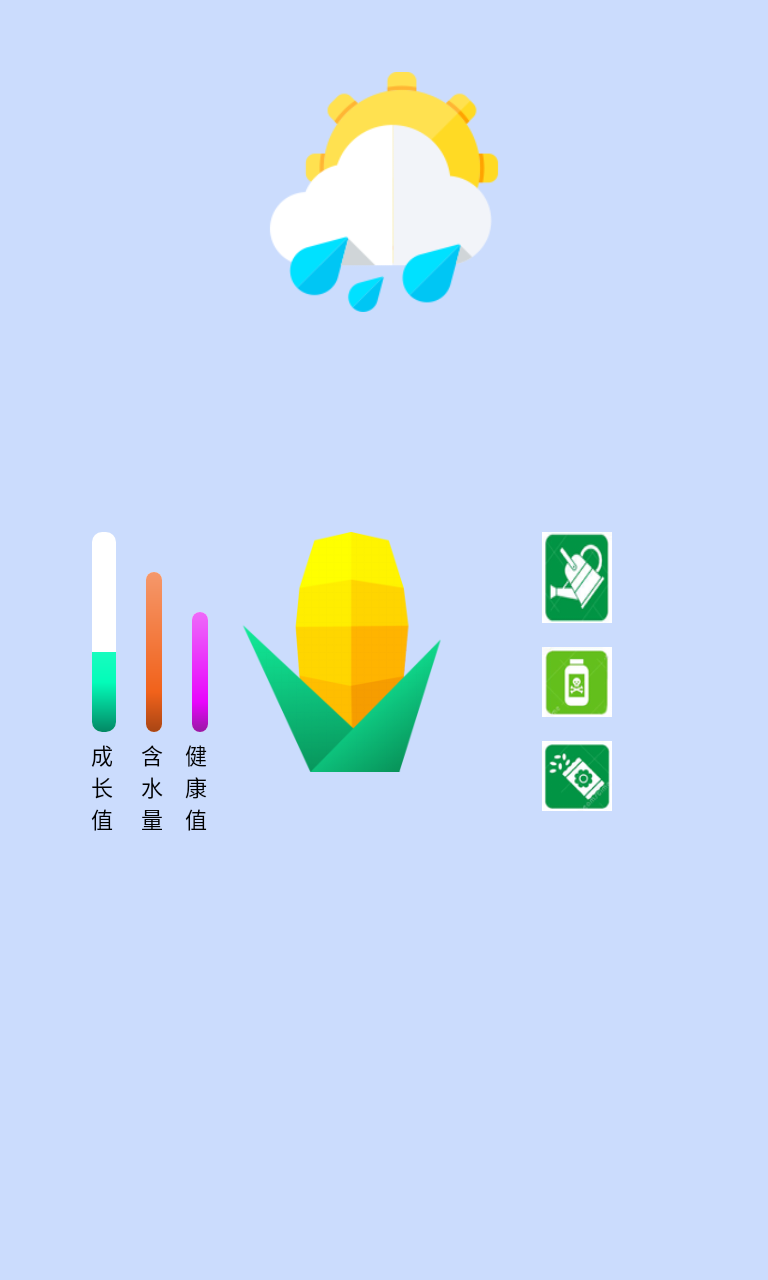
Repository: DraceWang/YumiTianqi
Layout: YumiTianqi/res/layout/fragment_main.xml
An editor plug-in stored every save of this project. The layout is shown before and after the next save, followed by the edit.
It is drawn on a 768 x 1280 px phone screen (xhdpi) without system bars, with theme AppTheme; the app's code is not run. Lists and similar views that code fills are empty.

Above is the layout before, as saved 2015-05-20 01:53:21.

### YumiTianqi/res/layout/fragment_main.xml
<RelativeLayout xmlns:android="http://schemas.android.com/apk/res/android"
    xmlns:tools="http://schemas.android.com/tools"
    android:layout_width="match_parent"
    android:layout_height="match_parent"
    android:background="#cbdcfd"
    android:paddingBottom="@dimen/activity_vertical_margin"
    android:paddingLeft="@dimen/activity_horizontal_margin"
    android:paddingRight="@dimen/activity_horizontal_margin"
    android:paddingTop="@dimen/activity_vertical_margin"
    tools:context="com.boyumi.yumitianqi.MainActivity$PlaceholderFragment" >

    <TextView
        android:id="@+id/CityName"
        android:layout_width="wrap_content"
        android:layout_height="wrap_content"
        android:layout_marginLeft="20dp"
        android:layout_marginTop="20dp"
        android:textColor="#000"
        android:textSize="10pt" />

    <TextView
        android:id="@+id/currentTemperature"
        android:layout_width="wrap_content"
        android:layout_height="wrap_content"
        android:layout_alignParentRight="true"
        android:layout_alignTop="@+id/CityName"
        android:layout_marginRight="20dp"
        android:textColor="#000"
        android:textSize="10pt" />

    <ImageView
        android:id="@+id/WeatherIcon"
        android:layout_width="120dp"
        android:layout_height="120dp"
        android:layout_alignTop="@+id/CityName"
        android:layout_centerHorizontal="true"
        android:src="@drawable/sunnyrain" />

    <TextView
        android:layout_width="wrap_content"
        android:layout_height="wrap_content"
        android:id="@+id/WeatherCondition"
        android:layout_below="@+id/WeatherIcon"
        android:layout_centerHorizontal="true"
        android:layout_marginTop="5dp"
        android:textSize="10pt"
        android:textColor="#000"
        />

    <TextView
        android:layout_width="wrap_content"
        android:layout_height="wrap_content"
        android:id="@+id/date"
        android:layout_alignParentBottom="true"
        android:layout_alignParentRight="true"
        android:layout_marginRight="5dp"
        android:layout_marginBottom="2dp"
        android:textSize="5pt"
        android:textColor="#666"
        />

    <TableLayout android:layout_width="60dp" android:layout_height="wrap_content" android:id="@+id/btn_AQ" android:layout_above="@+id/body" android:layout_marginLeft="10dp" android:layout_marginBottom="-100dp">

        <TableRow android:layout_width="wrap_content" android:layout_height="wrap_content">
            <TextView android:id="@+id/AQ_title" android:layout_width="60dp" android:layout_height="20dp" android:layout_alignParentLeft="true" android:gravity="center" android:textSize="6pt" />
        </TableRow>

        <TableRow android:layout_width="wrap_content" android:layout_height="wrap_content">
            <TextView android:id="@+id/AQ_content" android:layout_width="60dp" android:layout_height="20dp" android:gravity="center" android:layout_below="@+id/AQ_title" />
        </TableRow>


    </TableLayout>
    <HorizontalScrollView
        android:id="@+id/body"
        android:layout_width="wrap_content"
        android:layout_height="match_parent"
        android:layout_below="@+id/WeatherIcon"
        android:layout_centerHorizontal="true"
        android:layout_marginTop="70dp"
        android:layout_alignParentBottom="true"
        android:scrollbars="none" >

        <LinearLayout
            android:layout_width="wrap_content"
            android:layout_height="wrap_content"
            android:orientation="horizontal" >

            <RelativeLayout
                android:layout_width="310dp"
                android:layout_height="wrap_content"
                android:paddingLeft="15dp" >

                <ImageView
                    android:id="@+id/cron"
                    android:layout_width="120dp"
                    android:layout_height="120dp"
                    android:layout_centerHorizontal="true"
                    android:layout_marginTop="40dp"
                    android:src="@drawable/cron" />

                <ProgressBar
                    android:id="@+id/progressBar_gv"
                    style="?android:attr/progressBarStyleHorizontal"
                    android:layout_width="12dp"
                    android:layout_height="100dp"
                    android:layout_alignTop="@+id/cron"
                    android:layout_marginLeft="15dp"
                    android:max="200"
                    android:progress="80"
                    android:progressDrawable="@drawable/mybar_gv" />

                <ProgressBar
                    android:id="@+id/progressBar_wv"
                    style="?android:attr/progressBarStyleHorizontal"
                    android:layout_width="8dp"
                    android:layout_height="80dp"
                    android:layout_above="@+id/Date"
                    android:layout_alignBottom="@+id/progressBar_gv"
                    android:layout_marginLeft="15dp"
                    android:layout_toRightOf="@+id/progressBar_gv"
                    android:max="50"
                    android:progress="80"
                    android:progressDrawable="@drawable/mybar_wv" />

                <ProgressBar
                    android:id="@+id/progressBar_hv"
                    style="?android:attr/progressBarStyleHorizontal"
                    android:layout_width="8dp"
                    android:layout_height="60dp"
                    android:layout_above="@+id/Date"
                    android:layout_alignBottom="@+id/progressBar_gv"
                    android:layout_marginLeft="15dp"
                    android:layout_toRightOf="@+id/progressBar_wv"
                    android:max="10"
                    android:progress="80"
                    android:progressDrawable="@drawable/mybar_hv" />

                <ImageButton
                    android:id="@+id/imageButton_water"
                    android:layout_width="35dp"
                    android:layout_height="35dp"
                    android:layout_above="@+id/imageButton_bug"
                    android:layout_alignParentRight="true"
                    android:layout_alignTop="@+id/cron"
                    android:layout_marginBottom="12dp"
                    android:layout_marginRight="20dp"
                    android:background="@drawable/water"
                    android:onClick="water"
                    android:scaleType="fitCenter" />

                <ImageButton
                    android:id="@+id/imageButton_bug"
                    android:layout_width="35dp"
                    android:layout_height="35dp"
                    android:layout_above="@+id/imageButton_feiliao"
                    android:layout_alignLeft="@+id/imageButton_water"
                    android:layout_alignParentRight="true"
                    android:layout_marginBottom="12dp"
                    android:layout_marginRight="20dp"
                    android:background="@drawable/bug"
                    android:scaleType="fitCenter" />

                <ImageButton
                    android:id="@+id/imageButton_feiliao"
                    android:layout_width="35dp"
                    android:layout_height="35dp"
                    android:layout_alignBottom="@+id/cron"
                    android:layout_alignLeft="@+id/imageButton_water"
                    android:layout_alignParentRight="true"
                    android:layout_marginRight="20dp"
                    android:layout_marginBottom="-20dp"
                    android:background="@drawable/feiliao"
                    android:scaleType="fitCenter" />

                <TextView
                    android:id="@+id/grown"
                    android:layout_width="12dp"
                    android:layout_height="wrap_content"
                    android:layout_alignLeft="@+id/progressBar_gv"
                    android:layout_below="@+id/progressBar_gv"
                    android:layout_marginTop="3dp"
                    android:layout_marginLeft="-1dp"
                    android:text="成长值"
                    android:textColor="#000"
                    android:textSize="5pt" />

                <TextView
                    android:id="@+id/water"
                    android:layout_width="12dp"
                    android:layout_height="wrap_content"
                    android:layout_alignLeft="@+id/progressBar_wv"
                    android:layout_below="@+id/progressBar_wv"
                    android:layout_marginTop="3dp"
                    android:layout_marginLeft="-3dp"
                    android:text="含水量"
                    android:textColor="#000"
                    android:textSize="5pt" />

                <TextView
                    android:id="@+id/healthy"
                    android:layout_width="12dp"
                    android:layout_height="wrap_content"
                    android:layout_alignLeft="@+id/progressBar_hv"
                    android:layout_below="@+id/progressBar_hv"
                    android:layout_marginTop="3dp"
                    android:layout_marginLeft="-4dp"
                    android:text="健康值"
                    android:textColor="#000"
                    android:textSize="5pt" />
            </RelativeLayout>

            <ListView
                android:id="@+id/forecast"
                android:layout_width="320dp"
                android:layout_height="wrap_content"
                android:layout_marginTop="40dp"
                android:layout_marginLeft="50dp"
                android:paddingRight="15dp">
            </ListView>
        </LinearLayout>
    </HorizontalScrollView>




</RelativeLayout>

### YumiTianqi/res/drawable-mdpi/mybar_gv.xml
<?xml version="1.0" encoding="utf-8"?>
<layer-list xmlns:android="http://schemas.android.com/apk/res/android" >
    <item android:id="@android:id/background" >
        <shape>
            <corners android:radius="5dip" />
            <gradient
                	android:startColor="#ffffff"
                    android:centerColor="#ffffff"
                    android:endColor="#ffffff"
                    android:angle="270"
            />
        </shape>
    </item>

     <item android:id="@android:id/progress">
        <clip android:clipOrientation="vertical"
            android:gravity="bottom">
            <shape>
                <corners android:radius="5dip" />
                <gradient
                        android:startColor="#6cfcd5"
                        android:centerColor="#03fcb9"
                        android:centerX="0.75"
                        android:endColor="#038864"
                        android:angle="270"
                />
            </shape>
        </clip>
    </item>


</layer-list>

### YumiTianqi/res/drawable-mdpi/mybar_wv.xml
<?xml version="1.0" encoding="utf-8"?>
<layer-list xmlns:android="http://schemas.android.com/apk/res/android" >
    <item android:id="@android:id/background" >
        <shape>
            <corners android:radius="5dip" />
            <gradient
                	android:startColor="#ffffff"
                    android:centerColor="#ffffff"
                    android:endColor="#ffffff"
                    android:angle="270"
            />
        </shape>
    </item>

     <item android:id="@android:id/progress">
        <clip android:clipOrientation="vertical"
            android:gravity="bottom">
            <shape>
                <corners android:radius="5dip" />
                <gradient
                        android:startColor="#f5986b"
                        android:centerColor="#f1621b"
                        android:centerX="0.75"
                        android:endColor="#a84514"
                        android:angle="270"
                />
            </shape>
        </clip>
    </item>


</layer-list>

### YumiTianqi/res/drawable-mdpi/mybar_hv.xml
<?xml version="1.0" encoding="utf-8"?>
<layer-list xmlns:android="http://schemas.android.com/apk/res/android" >
    <item android:id="@android:id/background" >
        <shape>
            <corners android:radius="5dip" />
            <gradient
                	android:startColor="#ffffff"
                    android:centerColor="#ffffff"
                    android:endColor="#ffffff"
                    android:angle="270"
            />
        </shape>
    </item>

     <item android:id="@android:id/progress">
        <clip android:clipOrientation="vertical"
            android:gravity="bottom">
            <shape>
                <corners android:radius="5dip" />
                <gradient
                        android:startColor="#ed6af9"
                        android:centerColor="#e805fc"
                        android:centerX="0.75"
                        android:endColor="#9818a4"
                        android:angle="270"
                />
            </shape>
        </clip>
    </item>


</layer-list>

Loaded but not shown: YumiTianqi/res/values/styles.xml (common file); YumiTianqi/res/values-v11/styles.xml (common file); YumiTianqi/res/values-v14/styles.xml (common file); YumiTianqi/res/values/dimens.xml (common file); YumiTianqi/res/values-w820dp/dimens.xml (common file)

After the next save:
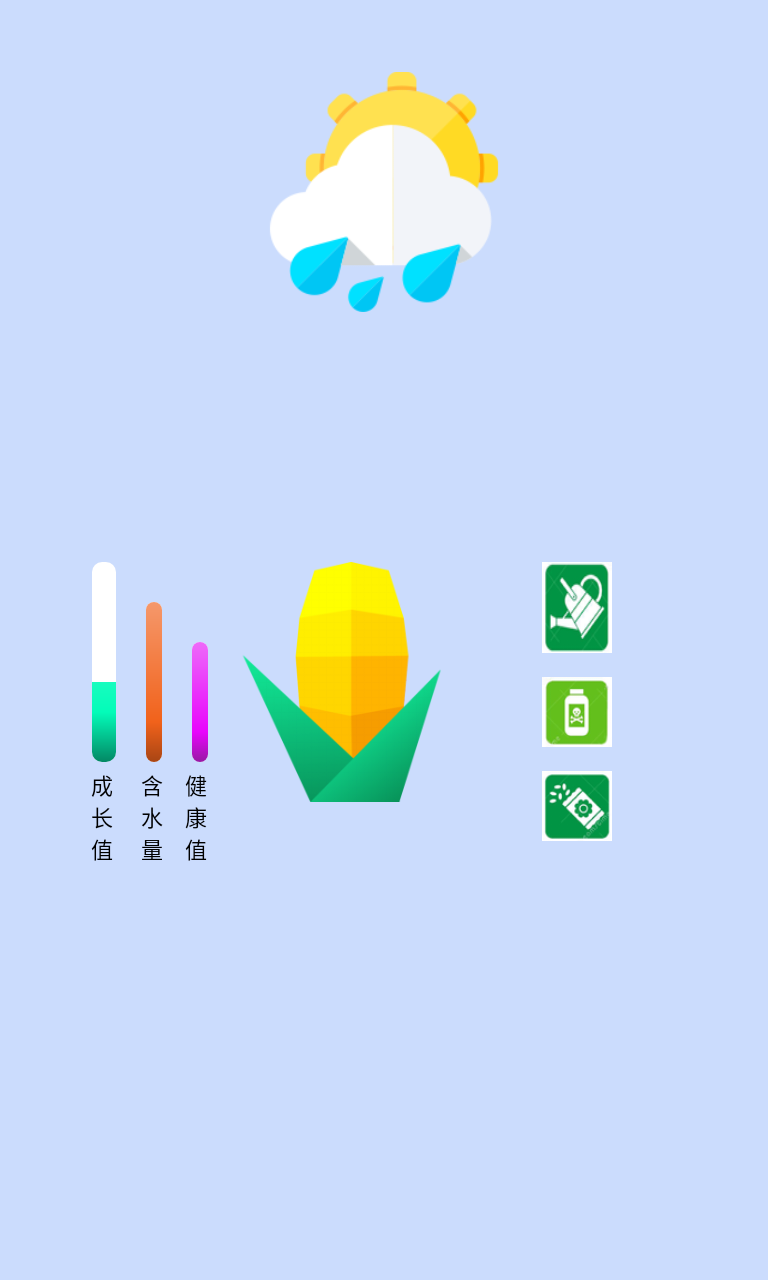
Saved 96 s later.
--- a/YumiTianqi/res/layout/fragment_main.xml
+++ b/YumiTianqi/res/layout/fragment_main.xml
@@ -77,7 +77,7 @@
         android:layout_height="match_parent"
         android:layout_below="@+id/WeatherIcon"
         android:layout_centerHorizontal="true"
-        android:layout_marginTop="70dp"
+        android:layout_marginTop="85dp"
         android:layout_alignParentBottom="true"
         android:scrollbars="none" >
 
